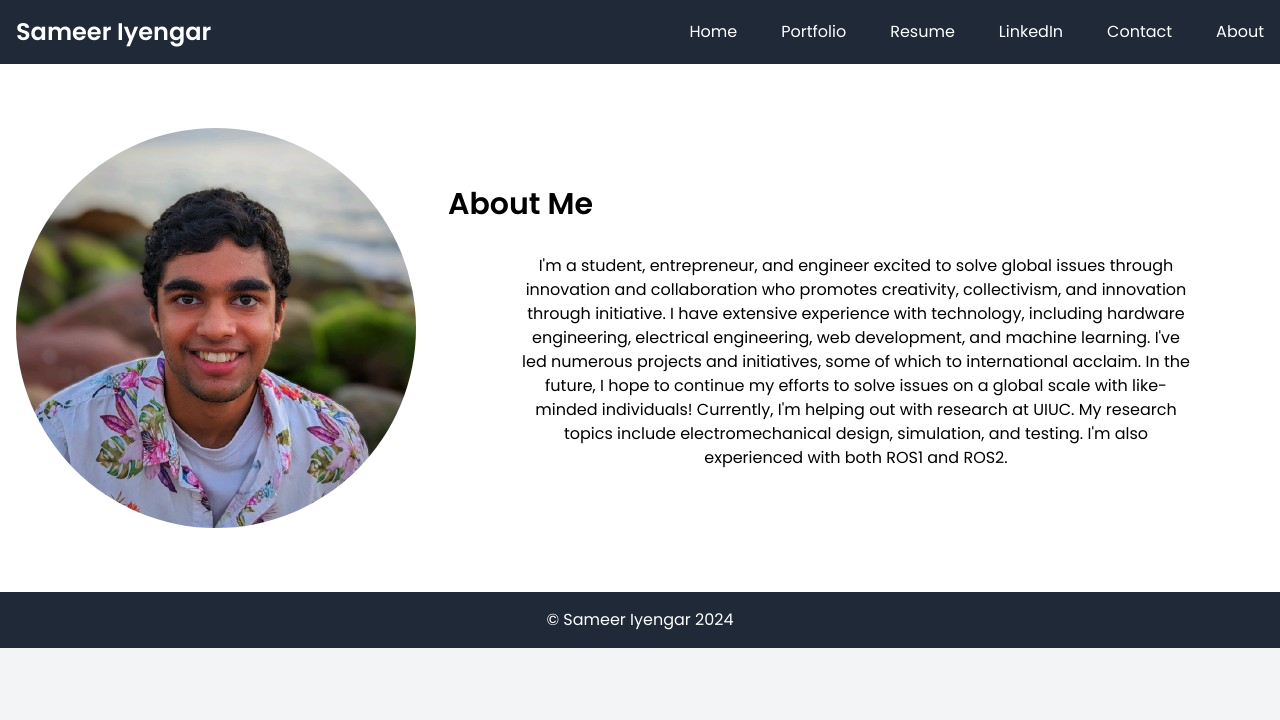
Repository: siyengar04/siyengar04.github.io
Page: about.html
The author's editor kept a copy of each file at every save. The page is drawn from the files as they stood at one save, then again after the next save.
The browser window is 1280 px wide. The pictures show the whole page.
Some web libraries are served in a nearby version.

Above is the page before, as saved 2024-11-01 13:47:12.

### about.html
<!DOCTYPE html>
<html lang="en">

<head>
    <meta charset="UTF-8">
    <meta name="viewport" content="width=device-width, initial-scale=1.0">
    <title>Photography Portfolio</title>
    <script src="https://cdn.tailwindcss.com"></script>
    <link href="/src/output.css" rel="stylesheet">
    <link href="https://fonts.googleapis.com/css2?family=Poppins:wght@300;400;600&display=swap" rel="stylesheet">
    <style>
        body {
            font-family: 'Poppins', sans-serif;
        }
    </style>
</head>

<body class="bg-gray-100">
    <header class="bg-gray-800 text-white py-4">
        <div class="container mx-auto flex justify-between items-center px-4">
            <h1 class="text-2xl font-semibold">Sameer Iyengar</h1>
            <div class="md:hidden">
                <button id="nav-toggle" class="text-white focus:outline-none">
                    <svg xmlns="http://www.w3.org/2000/svg" class="h-6 w-6" fill="none" viewBox="0 0 24 24" stroke="currentColor">
                        <path stroke-linecap="round" stroke-linejoin="round" stroke-width="2" d="M4 6h16M4 12h16m-7 6h7" />
                    </svg>
                </button>
            </div>
            <nav id="nav-menu" class="hidden md:flex md:space-x-6">
                <ul class="flex flex-col md:flex-row space-y-4 md:space-y-0 md:space-x-6">
                    <li><a href="index.html" class="hover:text-gray-400">Home</a></li>
                    <li><a href="/portfolio.html" class="hover:text-gray-400">Portfolio</a></li>
                    <li><a href="/resume.html" class="hover:text-gray-400">Resume</a></li>
                    <li><a href="https://www.linkedin.com/in/sameer-iyengar/" class="hover:text-gray-400">LinkedIn</a></li>
                    <li><a href="/contact.html" class="hover:text-gray-400">Contact</a></li>
                    <li><a href="/about.html" class="hover:text-gray-400">About</a></li>
                </ul>
            </nav>
        </div>
    </header>
    <section id="about" class="about py-16 bg-white">
        <div class="container mx-auto px-4 flex flex-col md:flex-row items-center">
            <img src="/images/profile.jpg" alt="Profile Picture" class="w-100 h-100 rounded-full mb-8 md:mb-0 md:mr-8">
            <div class="text-center md:text-left md:flex-1">
                <h2 class="text-3xl font-bold mb-8">About Me</h2>
                <p class="text-center max-w-2xl mx-auto">I'm a student, entrepreneur, and engineer excited to solve global issues through innovation and collaboration who promotes creativity, collectivism, and innovation through initiative. I have extensive experience with technology, including hardware engineering, electrical engineering, web development, and machine learning. I've led numerous projects and initiatives, some of which to international acclaim. In the future, I hope to continue my efforts to solve issues on a global scale with like-minded individuals! Currently, I'm helping out with research at UIUC. My research topics include electromechanical design, simulation, and testing. I'm also experienced with both ROS1 and ROS2. </p>
            </div>
        </div>
    </section>


    <footer class="bg-gray-800 text-white text-center py-4">
        <div class="container mx-auto">
            <p>&copy; Sameer Iyengar 2024</p>
        </div>
    </footer>

    <script>
        const navToggle = document.getElementById('nav-toggle');
        const navMenu = document.getElementById('nav-menu');

        navToggle.addEventListener('click', () => {
            navMenu.classList.toggle('hidden');
        });
    </script>
</body>

</html>

### src/output.css
*, ::before, ::after {
  --tw-border-spacing-x: 0;
  --tw-border-spacing-y: 0;
  --tw-translate-x: 0;
  --tw-translate-y: 0;
  --tw-rotate: 0;
  --tw-skew-x: 0;
  --tw-skew-y: 0;
  --tw-scale-x: 1;
  --tw-scale-y: 1;
  --tw-pan-x:  ;
  --tw-pan-y:  ;
  --tw-pinch-zoom:  ;
  --tw-scroll-snap-strictness: proximity;
  --tw-gradient-from-position:  ;
  --tw-gradient-via-position:  ;
  --tw-gradient-to-position:  ;
  --tw-ordinal:  ;
  --tw-slashed-zero:  ;
  --tw-numeric-figure:  ;
  --tw-numeric-spacing:  ;
  --tw-numeric-fraction:  ;
  --tw-ring-inset:  ;
  --tw-ring-offset-width: 0px;
  --tw-ring-offset-color: #fff;
  --tw-ring-color: rgb(59 130 246 / 0.5);
  --tw-ring-offset-shadow: 0 0 #0000;
  --tw-ring-shadow: 0 0 #0000;
  --tw-shadow: 0 0 #0000;
  --tw-shadow-colored: 0 0 #0000;
  --tw-blur:  ;
  --tw-brightness:  ;
  --tw-contrast:  ;
  --tw-grayscale:  ;
  --tw-hue-rotate:  ;
  --tw-invert:  ;
  --tw-saturate:  ;
  --tw-sepia:  ;
  --tw-drop-shadow:  ;
  --tw-backdrop-blur:  ;
  --tw-backdrop-brightness:  ;
  --tw-backdrop-contrast:  ;
  --tw-backdrop-grayscale:  ;
  --tw-backdrop-hue-rotate:  ;
  --tw-backdrop-invert:  ;
  --tw-backdrop-opacity:  ;
  --tw-backdrop-saturate:  ;
  --tw-backdrop-sepia:  ;
  --tw-contain-size:  ;
  --tw-contain-layout:  ;
  --tw-contain-paint:  ;
  --tw-contain-style:  ;
}

::backdrop {
  --tw-border-spacing-x: 0;
  --tw-border-spacing-y: 0;
  --tw-translate-x: 0;
  --tw-translate-y: 0;
  --tw-rotate: 0;
  --tw-skew-x: 0;
  --tw-skew-y: 0;
  --tw-scale-x: 1;
  --tw-scale-y: 1;
  --tw-pan-x:  ;
  --tw-pan-y:  ;
  --tw-pinch-zoom:  ;
  --tw-scroll-snap-strictness: proximity;
  --tw-gradient-from-position:  ;
  --tw-gradient-via-position:  ;
  --tw-gradient-to-position:  ;
  --tw-ordinal:  ;
  --tw-slashed-zero:  ;
  --tw-numeric-figure:  ;
  --tw-numeric-spacing:  ;
  --tw-numeric-fraction:  ;
  --tw-ring-inset:  ;
  --tw-ring-offset-width: 0px;
  --tw-ring-offset-color: #fff;
  --tw-ring-color: rgb(59 130 246 / 0.5);
  --tw-ring-offset-shadow: 0 0 #0000;
  --tw-ring-shadow: 0 0 #0000;
  --tw-shadow: 0 0 #0000;
  --tw-shadow-colored: 0 0 #0000;
  --tw-blur:  ;
  --tw-brightness:  ;
  --tw-contrast:  ;
  --tw-grayscale:  ;
  --tw-hue-rotate:  ;
  --tw-invert:  ;
  --tw-saturate:  ;
  --tw-sepia:  ;
  --tw-drop-shadow:  ;
  --tw-backdrop-blur:  ;
  --tw-backdrop-brightness:  ;
  --tw-backdrop-contrast:  ;
  --tw-backdrop-grayscale:  ;
  --tw-backdrop-hue-rotate:  ;
  --tw-backdrop-invert:  ;
  --tw-backdrop-opacity:  ;
  --tw-backdrop-saturate:  ;
  --tw-backdrop-sepia:  ;
  --tw-contain-size:  ;
  --tw-contain-layout:  ;
  --tw-contain-paint:  ;
  --tw-contain-style:  ;
}

/*
! tailwindcss v3.4.14 | MIT License | https://tailwindcss.com
*/

/*
1. Prevent padding and border from affecting element width. (https://github.com/mozdevs/cssremedy/issues/4)
2. Allow adding a border to an element by just adding a border-width. (https://github.com/tailwindcss/tailwindcss/pull/116)
*/

*,
::before,
::after {
  box-sizing: border-box;
  /* 1 */
  border-width: 0;
  /* 2 */
  border-style: solid;
  /* 2 */
  border-color: #e5e7eb;
  /* 2 */
}

::before,
::after {
  --tw-content: '';
}

/*
1. Use a consistent sensible line-height in all browsers.
2. Prevent adjustments of font size after orientation changes in iOS.
3. Use a more readable tab size.
4. Use the user's configured `sans` font-family by default.
5. Use the user's configured `sans` font-feature-settings by default.
6. Use the user's configured `sans` font-variation-settings by default.
7. Disable tap highlights on iOS
*/

html,
:host {
  line-height: 1.5;
  /* 1 */
  -webkit-text-size-adjust: 100%;
  /* 2 */
  -moz-tab-size: 4;
  /* 3 */
  -o-tab-size: 4;
     tab-size: 4;
  /* 3 */
  font-family: ui-sans-serif, system-ui, sans-serif, "Apple Color Emoji", "Segoe UI Emoji", "Segoe UI Symbol", "Noto Color Emoji";
  /* 4 */
  font-feature-settings: normal;
  /* 5 */
  font-variation-settings: normal;
  /* 6 */
  -webkit-tap-highlight-color: transparent;
  /* 7 */
}

/*
1. Remove the margin in all browsers.
2. Inherit line-height from `html` so users can set them as a class directly on the `html` element.
*/

body {
  margin: 0;
  /* 1 */
  line-height: inherit;
  /* 2 */
}

/*
1. Add the correct height in Firefox.
2. Correct the inheritance of border color in Firefox. (https://bugzilla.mozilla.org/show_bug.cgi?id=190655)
3. Ensure horizontal rules are visible by default.
*/

hr {
  height: 0;
  /* 1 */
  color: inherit;
  /* 2 */
  border-top-width: 1px;
  /* 3 */
}

/*
Add the correct text decoration in Chrome, Edge, and Safari.
*/

abbr:where([title]) {
  -webkit-text-decoration: underline dotted;
          text-decoration: underline dotted;
}

/*
Remove the default font size and weight for headings.
*/

h1,
h2,
h3,
h4,
h5,
h6 {
  font-size: inherit;
  font-weight: inherit;
}

/*
Reset links to optimize for opt-in styling instead of opt-out.
*/

a {
  color: inherit;
  text-decoration: inherit;
}

/*
Add the correct font weight in Edge and Safari.
*/

b,
strong {
  font-weight: bolder;
}

/*
1. Use the user's configured `mono` font-family by default.
2. Use the user's configured `mono` font-feature-settings by default.
3. Use the user's configured `mono` font-variation-settings by default.
4. Correct the odd `em` font sizing in all browsers.
*/

code,
kbd,
samp,
pre {
  font-family: ui-monospace, SFMono-Regular, Menlo, Monaco, Consolas, "Liberation Mono", "Courier New", monospace;
  /* 1 */
  font-feature-settings: normal;
  /* 2 */
  font-variation-settings: normal;
  /* 3 */
  font-size: 1em;
  /* 4 */
}

/*
Add the correct font size in all browsers.
*/

small {
  font-size: 80%;
}

/*
Prevent `sub` and `sup` elements from affecting the line height in all browsers.
*/

sub,
sup {
  font-size: 75%;
  line-height: 0;
  position: relative;
  vertical-align: baseline;
}

sub {
  bottom: -0.25em;
}

sup {
  top: -0.5em;
}

/*
1. Remove text indentation from table contents in Chrome and Safari. (https://bugs.chromium.org/p/chromium/issues/detail?id=999088, https://bugs.webkit.org/show_bug.cgi?id=201297)
2. Correct table border color inheritance in all Chrome and Safari. (https://bugs.chromium.org/p/chromium/issues/detail?id=935729, https://bugs.webkit.org/show_bug.cgi?id=195016)
3. Remove gaps between table borders by default.
*/

table {
  text-indent: 0;
  /* 1 */
  border-color: inherit;
  /* 2 */
  border-collapse: collapse;
  /* 3 */
}

/*
1. Change the font styles in all browsers.
2. Remove the margin in Firefox and Safari.
3. Remove default padding in all browsers.
*/

button,
input,
optgroup,
select,
textarea {
  font-family: inherit;
  /* 1 */
  font-feature-settings: inherit;
  /* 1 */
  font-variation-settings: inherit;
  /* 1 */
  font-size: 100%;
  /* 1 */
  font-weight: inherit;
  /* 1 */
  line-height: inherit;
  /* 1 */
  letter-spacing: inherit;
  /* 1 */
  color: inherit;
  /* 1 */
  margin: 0;
  /* 2 */
  padding: 0;
  /* 3 */
}

/*
Remove the inheritance of text transform in Edge and Firefox.
*/

button,
select {
  text-transform: none;
}

/*
1. Correct the inability to style clickable types in iOS and Safari.
2. Remove default button styles.
*/

button,
input:where([type='button']),
input:where([type='reset']),
input:where([type='submit']) {
  -webkit-appearance: button;
  /* 1 */
  background-color: transparent;
  /* 2 */
  background-image: none;
  /* 2 */
}

/*
Use the modern Firefox focus style for all focusable elements.
*/

:-moz-focusring {
  outline: auto;
}

/*
Remove the additional `:invalid` styles in Firefox. (https://github.com/mozilla/gecko-dev/blob/2f9eacd9d3d995c937b4251a5557d95d494c9be1/layout/style/res/forms.css#L728-L737)
*/

:-moz-ui-invalid {
  box-shadow: none;
}

/*
Add the correct vertical alignment in Chrome and Firefox.
*/

progress {
  vertical-align: baseline;
}

/*
Correct the cursor style of increment and decrement buttons in Safari.
*/

::-webkit-inner-spin-button,
::-webkit-outer-spin-button {
  height: auto;
}

/*
1. Correct the odd appearance in Chrome and Safari.
2. Correct the outline style in Safari.
*/

[type='search'] {
  -webkit-appearance: textfield;
  /* 1 */
  outline-offset: -2px;
  /* 2 */
}

/*
Remove the inner padding in Chrome and Safari on macOS.
*/

::-webkit-search-decoration {
  -webkit-appearance: none;
}

/*
1. Correct the inability to style clickable types in iOS and Safari.
2. Change font properties to `inherit` in Safari.
*/

::-webkit-file-upload-button {
  -webkit-appearance: button;
  /* 1 */
  font: inherit;
  /* 2 */
}

/*
Add the correct display in Chrome and Safari.
*/

summary {
  display: list-item;
}

/*
Removes the default spacing and border for appropriate elements.
*/

blockquote,
dl,
dd,
h1,
h2,
h3,
h4,
h5,
h6,
hr,
figure,
p,
pre {
  margin: 0;
}

fieldset {
  margin: 0;
  padding: 0;
}

legend {
  padding: 0;
}

ol,
ul,
menu {
  list-style: none;
  margin: 0;
  padding: 0;
}

/*
Reset default styling for dialogs.
*/

dialog {
  padding: 0;
}

/*
Prevent resizing textareas horizontally by default.
*/

textarea {
  resize: vertical;
}

/*
1. Reset the default placeholder opacity in Firefox. (https://github.com/tailwindlabs/tailwindcss/issues/3300)
2. Set the default placeholder color to the user's configured gray 400 color.
*/

input::-moz-placeholder, textarea::-moz-placeholder {
  opacity: 1;
  /* 1 */
  color: #9ca3af;
  /* 2 */
}

input::placeholder,
textarea::placeholder {
  opacity: 1;
  /* 1 */
  color: #9ca3af;
  /* 2 */
}

/*
Set the default cursor for buttons.
*/

button,
[role="button"] {
  cursor: pointer;
}

/*
Make sure disabled buttons don't get the pointer cursor.
*/

:disabled {
  cursor: default;
}

/*
1. Make replaced elements `display: block` by default. (https://github.com/mozdevs/cssremedy/issues/14)
2. Add `vertical-align: middle` to align replaced elements more sensibly by default. (https://github.com/jensimmons/cssremedy/issues/14#issuecomment-634934210)
   This can trigger a poorly considered lint error in some tools but is included by design.
*/

img,
svg,
video,
canvas,
audio,
iframe,
embed,
object {
  display: block;
  /* 1 */
  vertical-align: middle;
  /* 2 */
}

/*
Constrain images and videos to the parent width and preserve their intrinsic aspect ratio. (https://github.com/mozdevs/cssremedy/issues/14)
*/

img,
video {
  max-width: 100%;
  height: auto;
}

/* Make elements with the HTML hidden attribute stay hidden by default */

[hidden]:where(:not([hidden="until-found"])) {
  display: none;
}

body {
  font-family: 'Poppins', sans-serif;
  margin: 0;
  padding: 0;
  box-sizing: border-box;
}

header {
  background-color: #333;
  padding: 20px 0;
  color: #fff;
}

header nav ul {
  display: flex;
  list-style-type: none;
  gap: 20px;
}

header nav ul li a {
  color: #fff;
  text-decoration: none;
}

.hero {
  background: url('images/hero.jpg') no-repeat center center/cover;
  height: 80vh;
  display: flex;
  align-items: center;
  justify-content: center;
  color: #fff;
  text-align: center;
}

.portfolio {
  padding: 40px 0;
}

.gallery {
  display: grid;
  grid-template-columns: repeat(auto-fit, minmax(200px, 1fr));
  gap: 20px;
}

.gallery img {
  width: 100%;
  height: auto;
}

.contact-btn {
  background-color: #333;
  color: #fff;
  padding: 10px 20px;
  text-decoration: none;
  border-radius: 5px;
}

footer {
  background-color: #333;
  color: #fff;
  text-align: center;
  padding: 10px 0;
}

After the next save:
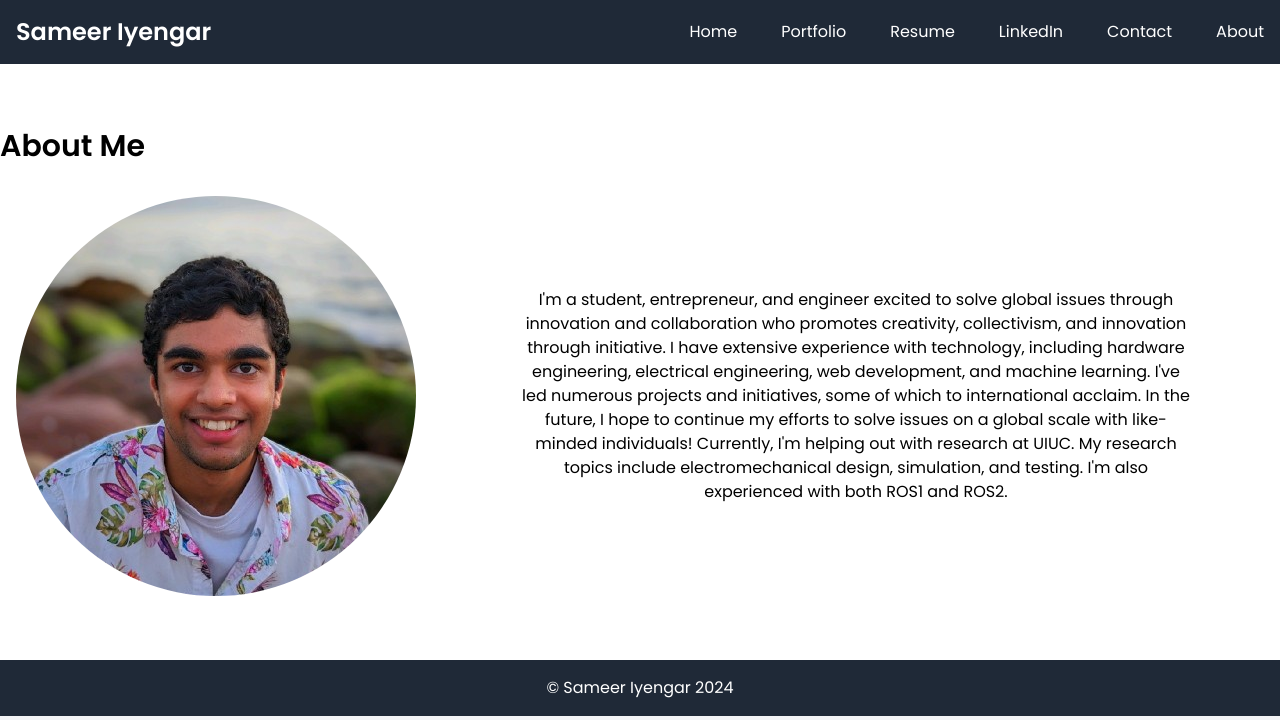
Saved 16 s later.
--- a/about.html
+++ b/about.html
@@ -39,10 +39,11 @@
         </div>
     </header>
     <section id="about" class="about py-16 bg-white">
+        <h2 class="text-3xl font-bold mb-8">About Me</h2>
+
         <div class="container mx-auto px-4 flex flex-col md:flex-row items-center">
             <img src="/images/profile.jpg" alt="Profile Picture" class="w-100 h-100 rounded-full mb-8 md:mb-0 md:mr-8">
             <div class="text-center md:text-left md:flex-1">
-                <h2 class="text-3xl font-bold mb-8">About Me</h2>
                 <p class="text-center max-w-2xl mx-auto">I'm a student, entrepreneur, and engineer excited to solve global issues through innovation and collaboration who promotes creativity, collectivism, and innovation through initiative. I have extensive experience with technology, including hardware engineering, electrical engineering, web development, and machine learning. I've led numerous projects and initiatives, some of which to international acclaim. In the future, I hope to continue my efforts to solve issues on a global scale with like-minded individuals! Currently, I'm helping out with research at UIUC. My research topics include electromechanical design, simulation, and testing. I'm also experienced with both ROS1 and ROS2. </p>
             </div>
         </div>
